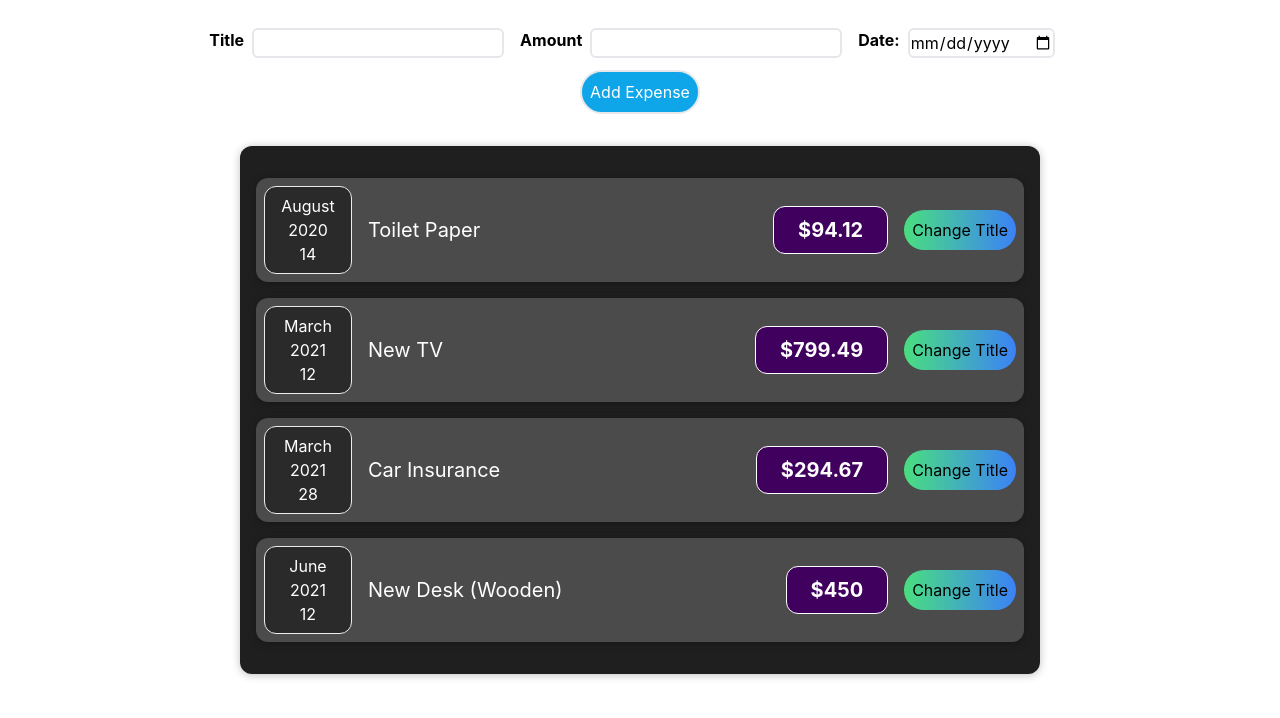
Repository: Sef24/expense-tracker
Page: /
These files come from the project's save history. The page is drawn as it stood at one moment and after the next save; the edit follows.
The browser window is 1280 px wide. The pictures show the whole page.
The project was rebuilt for these pictures with package versions that can differ from the ones it lists, and the page was loaded fresh each time. Also part of the build but not shown: src/components/NewExpense/NewExpense.css, src/components/NewExpense/ExpenseForm.css.

Above is the page before, as saved 2022-04-27 20:08:00.

### public/index.html
<!DOCTYPE html>
<html lang="en">
  <head>
    <meta charset="utf-8" />
    <link rel="icon" href="%PUBLIC_URL%/favicon.ico" />
    <meta name="viewport" content="width=device-width, initial-scale=1" />

    <meta
      name="description"
      content="Web site created using create-react-app"
    />
    <link rel="apple-touch-icon" href="%PUBLIC_URL%/logo192.png" />
    <!--
      manifest.json provides metadata used when your web app is installed on a
      user's mobile device or desktop. See https://developers.google.com/web/fundamentals/web-app-manifest/
    -->
    <link rel="manifest" href="%PUBLIC_URL%/manifest.json" />
    <!--
      Notice the use of %PUBLIC_URL% in the tags above.
      It will be replaced with the URL of the `public` folder during the build.
      Only files inside the `public` folder can be referenced from the HTML.

      Unlike "/favicon.ico" or "favicon.ico", "%PUBLIC_URL%/favicon.ico" will
      work correctly both with client-side routing and a non-root public URL.
      Learn how to configure a non-root public URL by running `npm run build`.
    -->
    <title>React App</title>
  </head>
  <body>
    <noscript>You need to enable JavaScript to run this app.</noscript>
    <div id="root"></div>
    <!--
      This HTML file is a template.
      If you open it directly in the browser, you will see an empty page.

      You can add webfonts, meta tags, or analytics to this file.
      The build step will place the bundled scripts into the <body> tag.

      To begin the development, run `npm start` or `yarn start`.
      To create a production bundle, use `npm run build` or `yarn build`.
    -->
  </body>
</html>

### src/App.js
import Expenses from "./components/Expenses";
import NewExpense from "./components/NewExpense/NewExpense";

function App() {
  const expenses = [
    {
      id: "e1",
      title: "Toilet Paper",
      amount: 94.12,
      date: new Date(2020, 7, 14),
    },
    { id: "e2", title: "New TV", amount: 799.49, date: new Date(2021, 2, 12) },
    {
      id: "e3",
      title: "Car Insurance",
      amount: 294.67,
      date: new Date(2021, 2, 28),
    },
    {
      id: "e4",
      title: "New Desk (Wooden)",
      amount: 450,
      date: new Date(2021, 5, 12),
    },
  ];

  const addExpenseHandler = (expense) => {
    console.log("In App.js");
    console.log(expense);
  };
  return (
    <div>
      <NewExpense onAddExpense={addExpenseHandler} />
      <Expenses items={expenses} />
    </div>
  );
}

export default App;

### src/components/Expenses.js
import React from "react";
import ExpenseItem from "./ExpenseItem";
import "./Expenses.css";

function Expenses(props) {
  <h1 className=""> Hello</h1>;
  return (
    <div className="expenses">
      <ExpenseItem
        title={props.items[0].title}
        amount={props.items[0].amount}
        date={props.items[0].date}
      />

      <ExpenseItem
        title={props.items[1].title}
        amount={props.items[1].amount}
        date={props.items[1].date}
      />
      <ExpenseItem
        title={props.items[2].title}
        amount={props.items[2].amount}
        date={props.items[2].date}
      />
      <ExpenseItem
        title={props.items[3].title}
        amount={props.items[3].amount}
        date={props.items[3].date}
      />
    </div>
  );
}

export default Expenses;

### src/components/NewExpense/NewExpense.js
import React from "react";
import "./NewExpense.css";
import ExpenseForm from "./ExpenseForm";

function NewExpense(props) {
  const saveExpenseDataHandler = (enteredExpenseData) => {
    const expenseData = {
      ...enteredExpenseData,
      id: Math.random().toString(),
    };
    console.log(expenseData);
    props.onAddExpense(expenseData);
  };

  return (
    <div>
      <ExpenseForm onSaveExpenseData={saveExpenseDataHandler} />
    </div>
  );
}

export default NewExpense;

### src/components/ExpenseItem.js
import React, { useState } from "react";
import "./ExpenseItem.css";
import ExpenseDate from "./ExpenseDate";

function ExpenseItem(props) {
  const [title, setTitle] = useState(props.title);

  const clickHandler = () => {
    setTitle("Updated");
    console.log(title);
  };

  return (
    <div className="expense-item ">
      <ExpenseDate date={props.date} />

      <div className="expense-item__description">
        <h2>{props.title}</h2>

        <div className="expense-item__price">${props.amount}</div>
      </div>
      <button
        className="p-2 ml-4 border-transparent rounded-full border-0
        bg-gradient-to-r from-green-400 to-blue-500
        hover:from-pink-500 hover:to-yellow-500 ...
        active:opacity-75"
        onClick={clickHandler}
      >
        Change Title
      </button>
    </div>
  );
}

export default ExpenseItem;

### src/components/NewExpense/ExpenseForm.js
import React, { useState } from "react";
import "./ExpenseForm.css";

function ExpenseForm(props) {
  const [titleHandler, setTitleHandler] = useState("");
  const [amountHandler, setAmountHandler] = useState("");
  const [dateHandler, setDateHandler] = useState("");

  const handleTitleChange = (event) => {
    setTitleHandler(event.target.value);
  };

  const handleAmountChange = (event) => {
    setAmountHandler(event.target.value);
  };

  const handleDateChange = (event) => {
    setDateHandler(event.target.value);
  };

  const handleSubmit = (event) => {
    event.preventDefault();

    const expenseData = {
      title: titleHandler,
      amount: amountHandler,
      date: new Date(dateHandler),
    };
    props.onSaveExpenseData(expenseData);
    setTitleHandler("");
    setAmountHandler("");
    setDateHandler("");
  };

  return (
    <form onSubmit={handleSubmit}>
      <div className="flex justify-center pt-4 m-3">
        <div className="font-bold">Title</div>
        <input
          className="border-2 mr-4 ml-2 rounded-md"
          type="text"
          onChange={handleTitleChange}
          value={titleHandler}
        />

        <div className="font-bold">Amount</div>
        <input
          className="border-2 mr-4 ml-2 rounded-md"
          type="number"
          min="0.01"
          step="0.01"
          onChange={handleAmountChange}
          value={amountHandler}
        />

        <div className="font-bold">Date:</div>
        <input
          className="border-2 mr-4 ml-2 rounded-md"
          type="date"
          onChange={handleDateChange}
          value={dateHandler}
        />
      </div>
      <div className="flex justify-center">
        <button
          type="submit"
          className="border-2 p-2 rounded-full bg-sky-500 text-white
          hover:bg-sky-600 active:animate-pulse"
        >
          Add Expense
        </button>
      </div>
    </form>
  );
}

export default ExpenseForm;

### src/components/ExpenseItem.css
.expense-item {
  display: flex;
  justify-content: space-between;
  align-items: center;
  box-shadow: 0 2px 8px rgba(0, 0, 0, 0.25);
  padding: 0.5rem;
  margin: 1rem 0;
  border-radius: 12px;
  background-color: #4b4b4b;
}

.expense-item__description {
  display: flex;
  flex-direction: column;
  gap: 1rem;
  align-items: flex-end;
  flex-flow: column-reverse;
  justify-content: flex-start;
  flex: 1;
}

.expense-item h2 {
  color: #3a3a3a;
  font-size: 1rem;
  flex: 1;
  margin: 0 1rem;
  color: white;
}

.expense-item__price {
  font-size: 1rem;
  font-weight: bold;
  color: white;
  background-color: #40005d;
  border: 1px solid white;
  padding: 0.5rem;
  border-radius: 12px;
}

@media (min-width: 580px) {
  .expense-item__description {
    flex-direction: row;
    align-items: center;
    justify-content: flex-start;
    flex: 1;
  }

  .expense-item__description h2 {
    font-size: 1.25rem;
  }

  .expense-item__price {
    font-size: 1.25rem;
    padding: 0.5rem 1.5rem;
  }
}

### src/components/ExpenseDate.js
import React from "react";
import "./ExpenseDate.css";

function ExpenseDate(props) {
  const month = props.date.toLocaleString("en-US", { month: "long" });
  const day = props.date.getDate();
  const year = props.date.getFullYear();

  return (
    <div className="expense-date">
      <div className="expense__month">{month}</div>
      <div className="expense__year">{year}</div>
      <div className="expense__day">{day}</div>
    </div>
  );
}

export default ExpenseDate;

Loaded but not shown: src/index.js (common file); src/index.css (common file); src/components/Expenses.css (common file); src/components/ExpenseDate.css (common file); tailwind.config.js (common file)

After the next save:
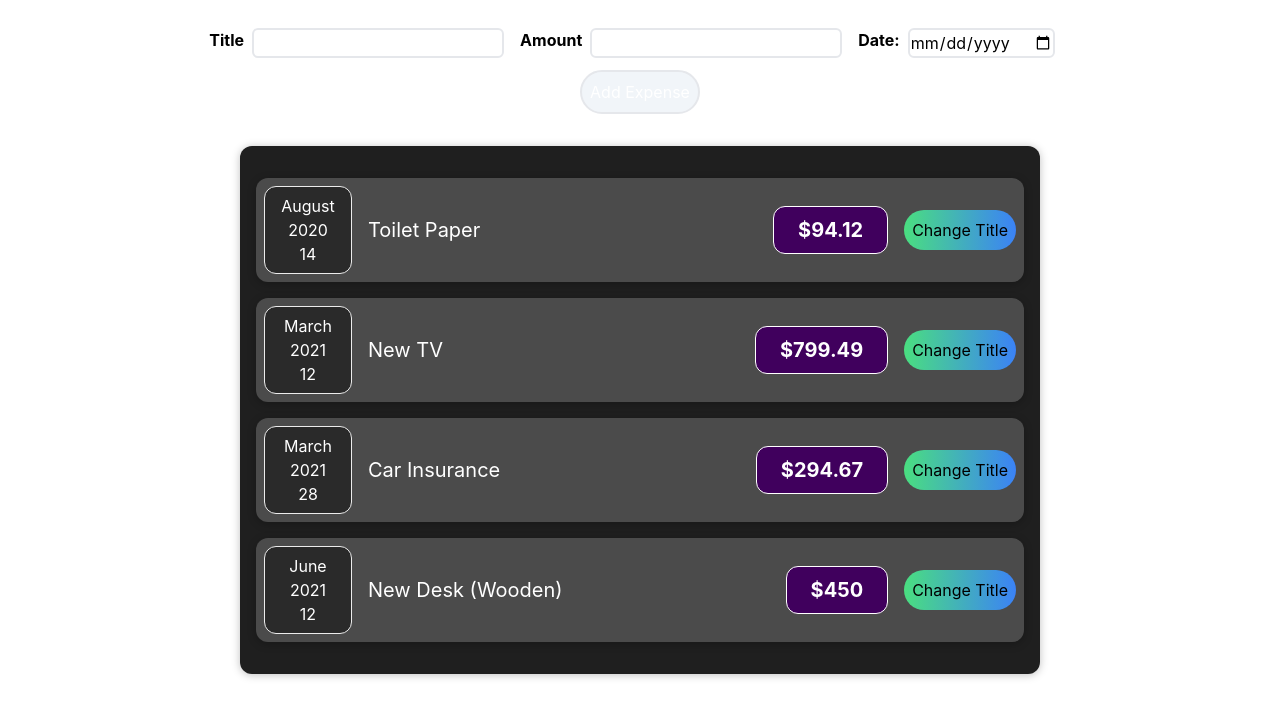
Saved 19 s later.
--- a/src/components/NewExpense/ExpenseForm.js
+++ b/src/components/NewExpense/ExpenseForm.js
@@ -65,7 +65,7 @@ function ExpenseForm(props) {
         <button
           type="submit"
           className="border-2 p-2 rounded-full bg-sky-500 text-white
-          hover:bg-sky-600 active:animate-pulse"
+          hover:bg-sky-600 active:animate-pulse bg-slate-100"
         >
           Add Expense
         </button>

After the save that followed:
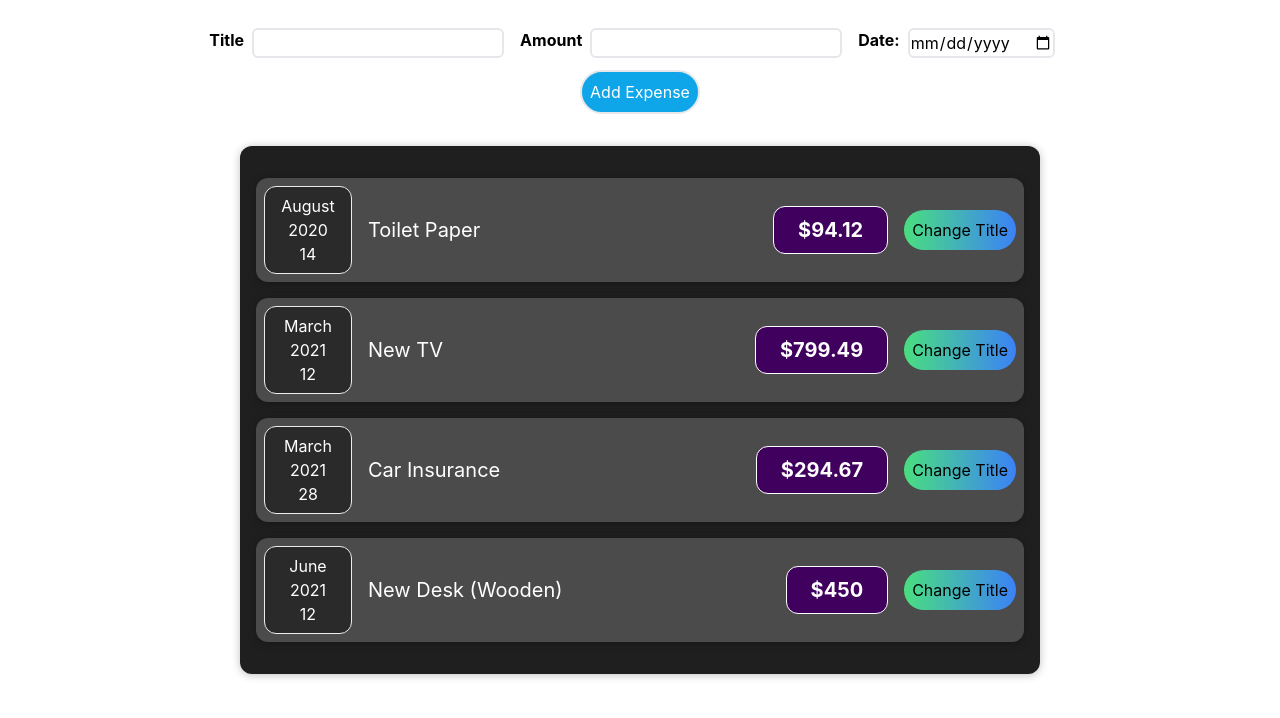
Saved 11 s later.
--- a/src/components/NewExpense/ExpenseForm.js
+++ b/src/components/NewExpense/ExpenseForm.js
@@ -65,7 +65,7 @@ function ExpenseForm(props) {
         <button
           type="submit"
           className="border-2 p-2 rounded-full bg-sky-500 text-white
-          hover:bg-sky-600 active:animate-pulse bg-slate-100"
+          hover:bg-sky-600 active:animate-pulse animate:bg-slate-100"
         >
           Add Expense
         </button>
